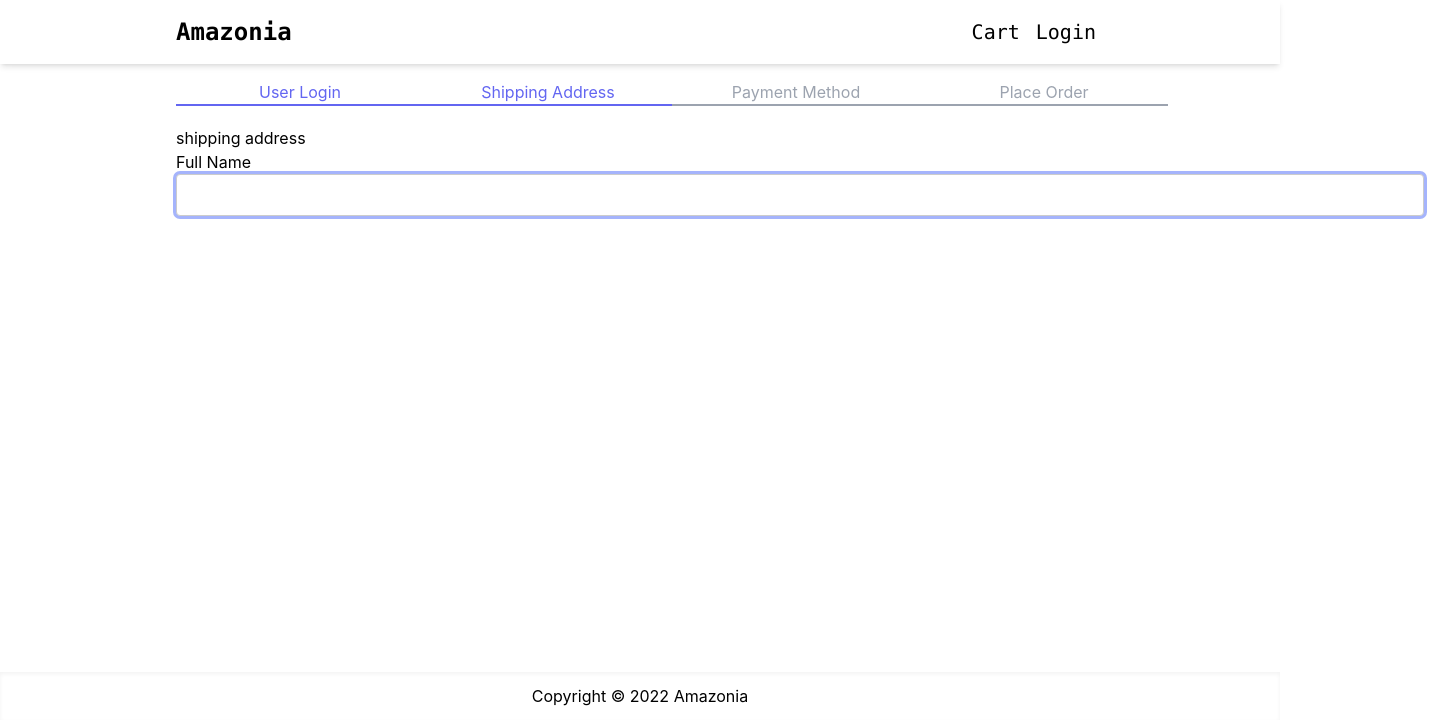
Repository: chidieb11/shop
Page: /shipping
These files come from the project's save history. The page is drawn as it stood at one moment and after a run of saves; the edit follows.
The browser window is 1280 px wide. The page is 1440 px wide, so the pictures cover 1440 px, including what lies to the right of the window. The pictures show the whole page.
The page's requests for data from a server got no answer. The project was rebuilt for these pictures with package versions that can differ from the ones it lists, and the page was loaded fresh each time. The framework's server and built-in components were replaced by stand-ins that run in the browser. No one was signed in, and anything a server would have sent is missing. Also part of the build but not shown: next.config.js, components/DropdownLink.js.

Above is the page before, as saved 2022-06-28 22:05:53.

After the next 2 saves:
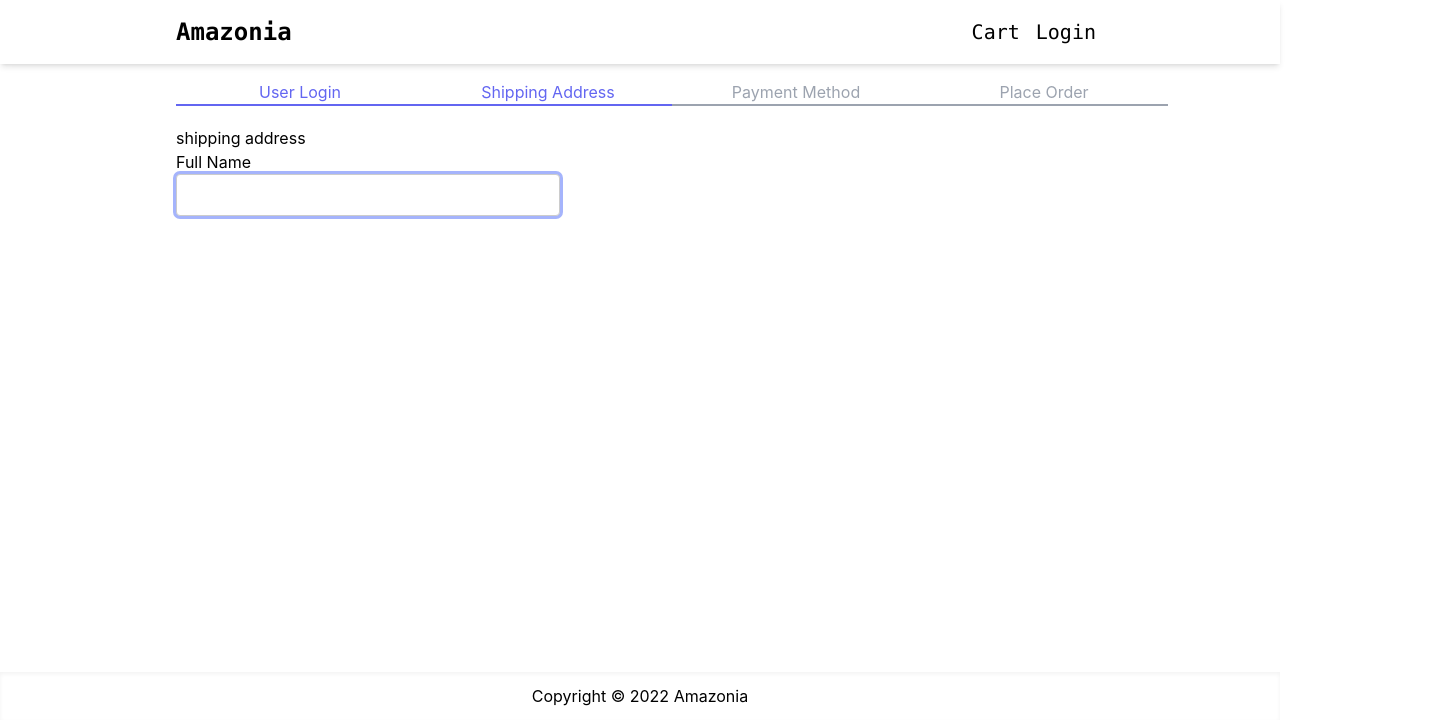
The 2 saves are shown as one change because they came seconds apart.
The last was saved 26 s later.
--- a/pages/shipping.js
+++ b/pages/shipping.js
@@ -21,7 +21,7 @@ const ShippingScreen = () => {
           <label htmlFor="fullName">Full Name</label>
           <input
             type="text"
-            className=""
+            className="w-96"
             id="fullName"
             autoFocus
             {...register("fullName", {
